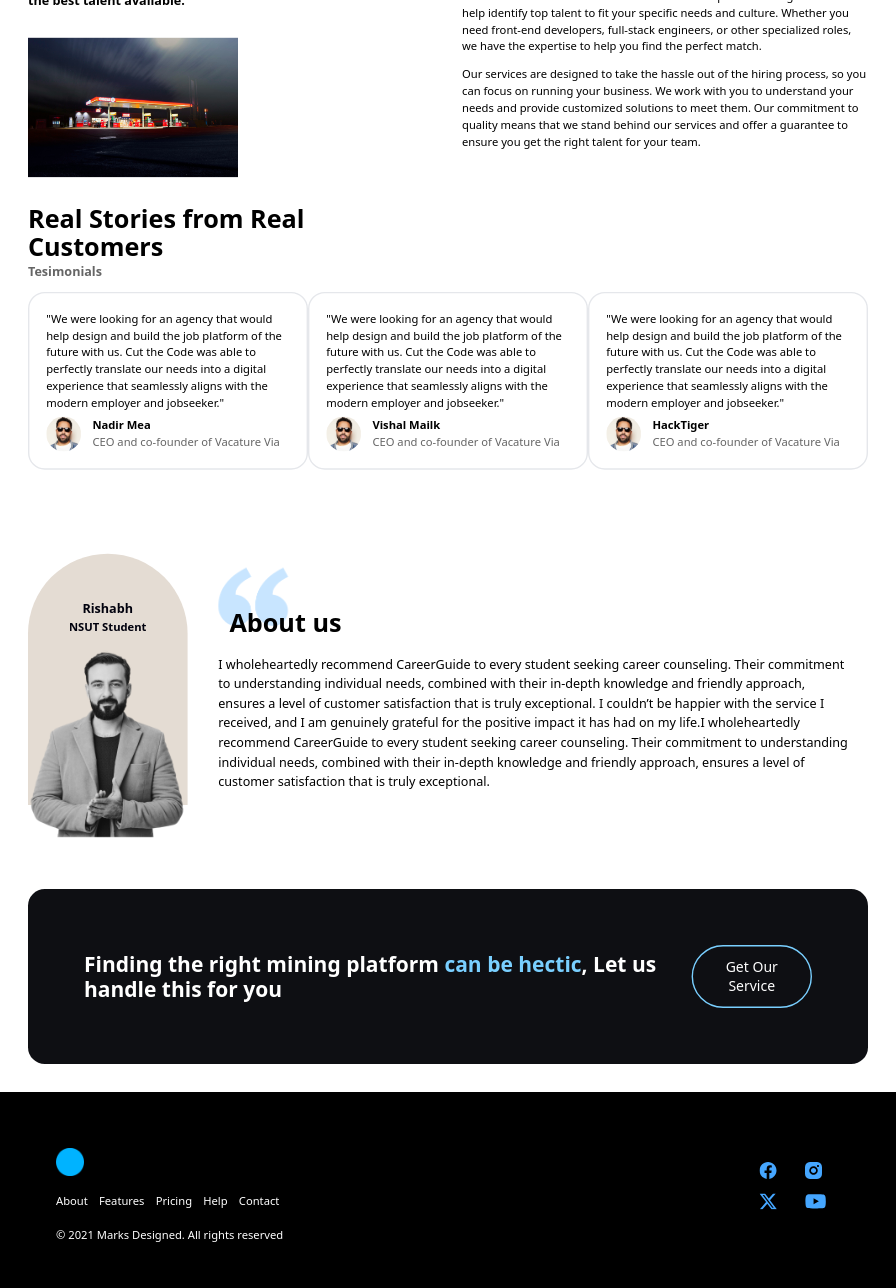
Repository: ayushtenguria/uniteksol
Page: /
An editor plug-in stored every save of this project. The page is shown before and after the next save, followed by the edit.
The browser window is 1280 px wide. The pictures show the part of the page from y = 1130 to 3050 px (the page is 2970 px tall before and 3050 px after), at 70% of full size.
The project was rebuilt for these pictures with package versions that can differ from the ones it lists, and the page was loaded fresh each time. The framework's server and built-in components were replaced by stand-ins that run in the browser. Also part of the build but not shown: next.config.mjs.

Above is the page before, as saved 2024-02-23 21:15:55.

After the next save:
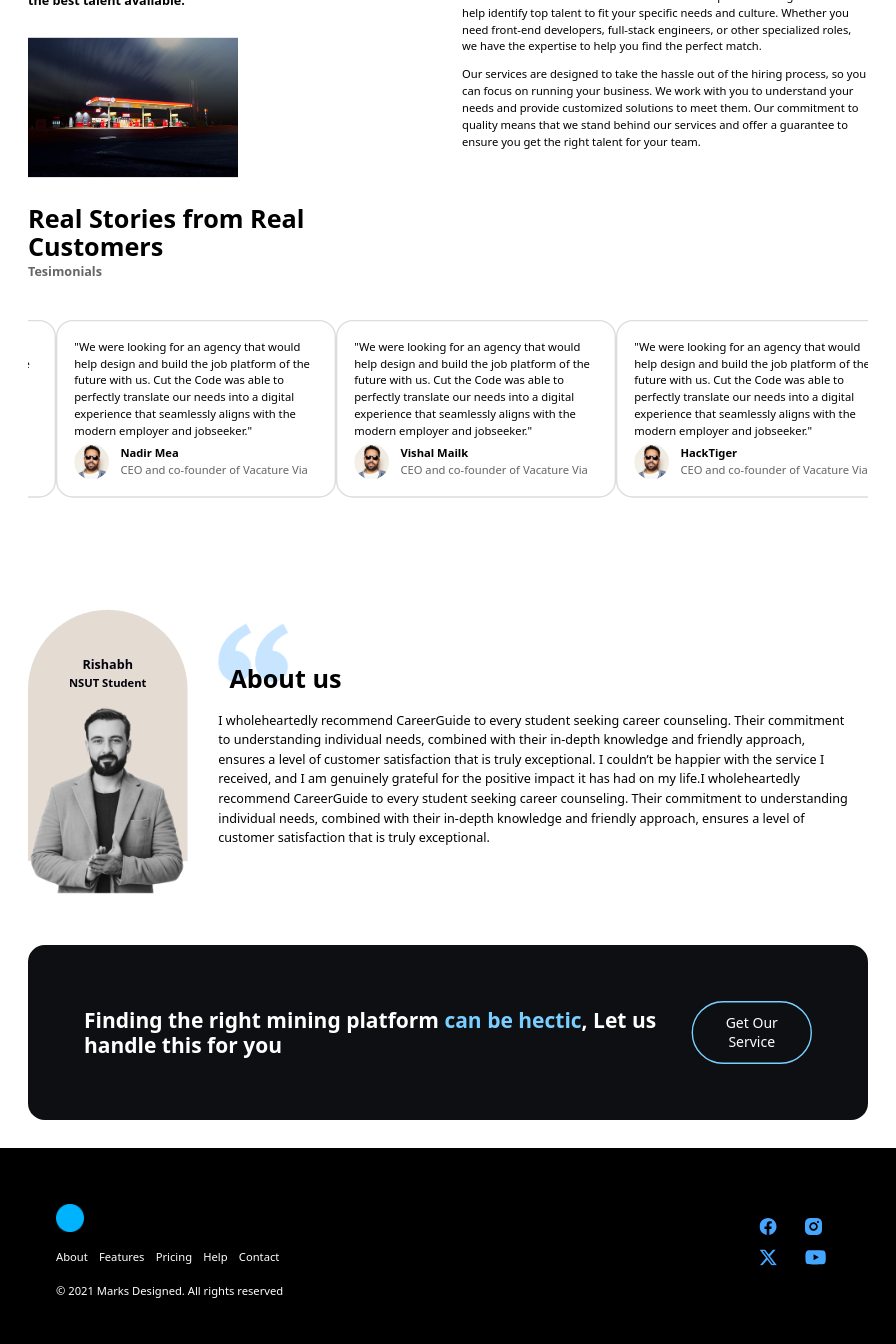
Saved 12 s later.
--- a/components/Testimonials.js
+++ b/components/Testimonials.js
@@ -16,7 +16,7 @@
 
       <SimpleSlider dots={false} noOfSlides={3}>
         {TESTIMONIALS.map((t) => (
-          <div className="rounded-3xl p-4 border-2 border-[#DDDDDD]m-10">
+          <div className="rounded-3xl p-4 border-2 border-[#DDDDDD] m-10">
             <div className="p-2">
               <div className="mb-2">"{t.description}"</div>
               <div className="flex">
